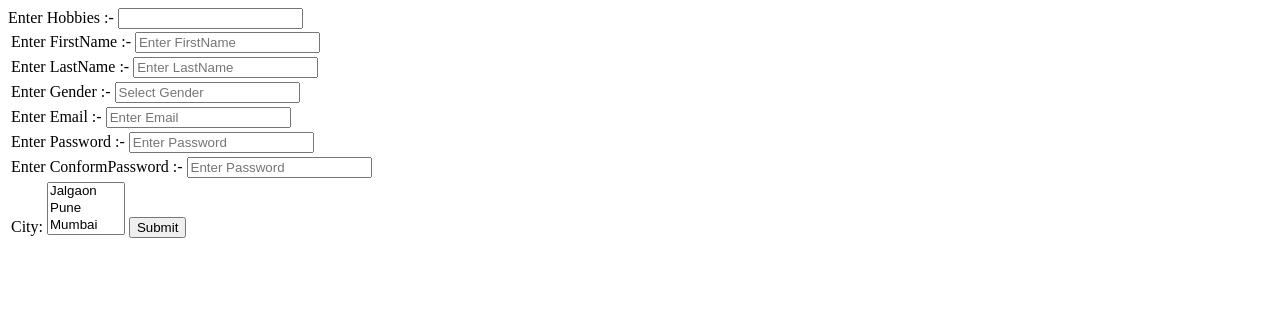
Repository: shzkhar/ISM_ADV_JAVA_23
Page: http://localhost/JSPRegiDemo/Regi.jsp
These files come from the project's save history. The page is drawn as it stood at one moment and after the next save; the edit follows.
The browser window is 1280 px wide. The pictures show the whole page.
The page is served by Tomcat 9. Other server files are loaded and not shown.

Above is the page before, as saved 2023-04-01 10:13:51.

### JSPRegiDemo/src/main/webapp/Regi.jsp
<%@ page language="java" contentType="text/html; charset=ISO-8859-1"
    pageEncoding="ISO-8859-1"%>
<!DOCTYPE html>
<html>
<head>
<meta charset="ISO-8859-1">
<title>Insert title here</title>
</head>
<body>
    <form action="Registration" method="post">
        <table>
        <tr>
           <td> Enter FirstName :- <input text="type" name="firstname" placeholder="Enter FirstName"/><td></tr>
          <tr> <td> Enter LastName :- <input text="type" name="lastname" placeholder="Enter LastName"/><td></tr>
            <tr> <td> Enter Gender :- <input text="type" name="gender" placeholder="Select Gender"/> </tr> </td>
            <tr> <td> Enter Email :- <input text="type" name="email" placeholder="Enter Email"/></tr> </td>
            <tr> <td> Enter Password :- <input text="password" name="pass" placeholder="Enter Password"/></tr> </td>
            <tr> <td> Enter ConformPassword :- <input text="password" name="cnfpass" placeholder="Enter Password"/></tr> </td>
            <tr> <td> <label for="City">City:</label>
    <select id="city" name="city" size="3">
    <option value="Jalgaon">Jalgaon</option>
    <option value="Pune">Pune</option>
    <option value="Mumbai">Mumbai</option>
    <option value="Ahmedabad">Ahmedabad</option>
  </select>
  <input type="submit"></tr> </td>
            Enter Hobbies :- <input text="type" name="hobbies" />

        <tr>
        </table>
    </form>
</body>
</html>

After the next save:
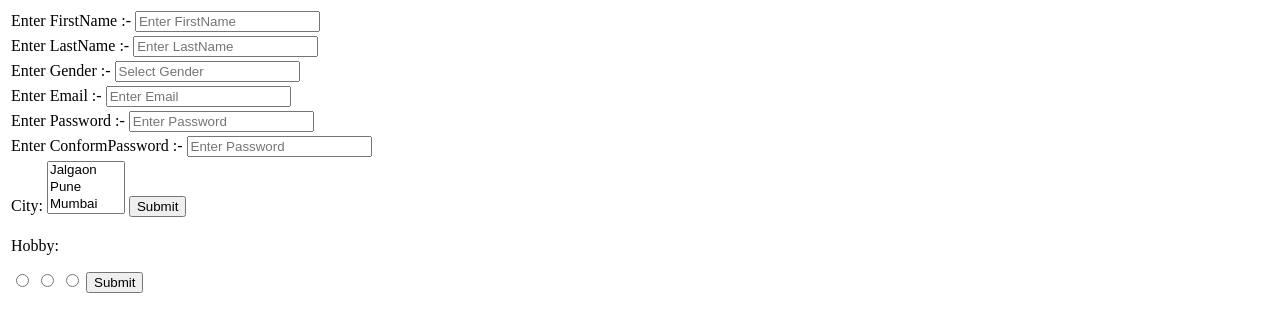
Saved 3 min 23 s later.
--- a/JSPRegiDemo/src/main/webapp/Regi.jsp
+++ b/JSPRegiDemo/src/main/webapp/Regi.jsp
@@ -24,7 +24,15 @@
     <option value="Ahmedabad">Ahmedabad</option>
   </select>
   <input type="submit"></tr> </td>
-            Enter Hobbies :- <input text="type" name="hobbies" />
+
+           <tr><td> <p>Hobby:</p>
+  <input type="radio" id="hobbi1" name="Hobbi" value="Cricket">
+
+  <input type="radio" id="hobbi2" name="Hobbi" value="60">
+
+  <input type="radio" id="hobbi3" name="Hobbi" value="100">
+
+  <input type="submit" value="Submit"></tr> </td>
 
         <tr>
         </table>
